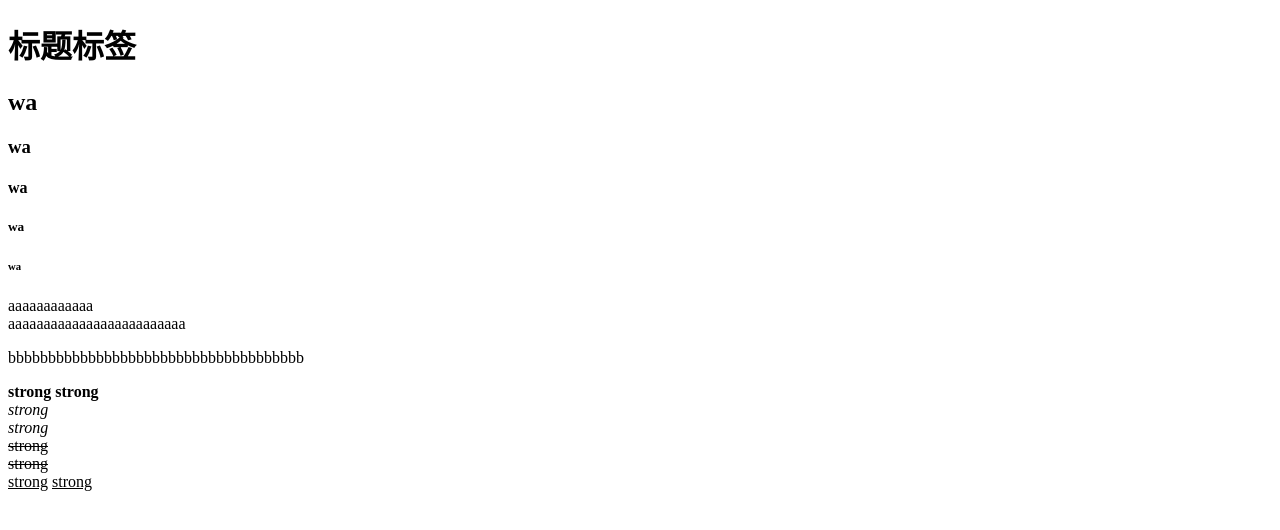
Repository: Qwenicq/My_project
Page: html/vscode_frist.htm
The author's editor kept a copy of each file at every save. The page is drawn from the files as they stood at one save, then again after the next save.
The browser window is 1280 px wide. The pictures show the whole page.

Above is the page before, as saved 2023-03-27 21:28:32.

After the next save:
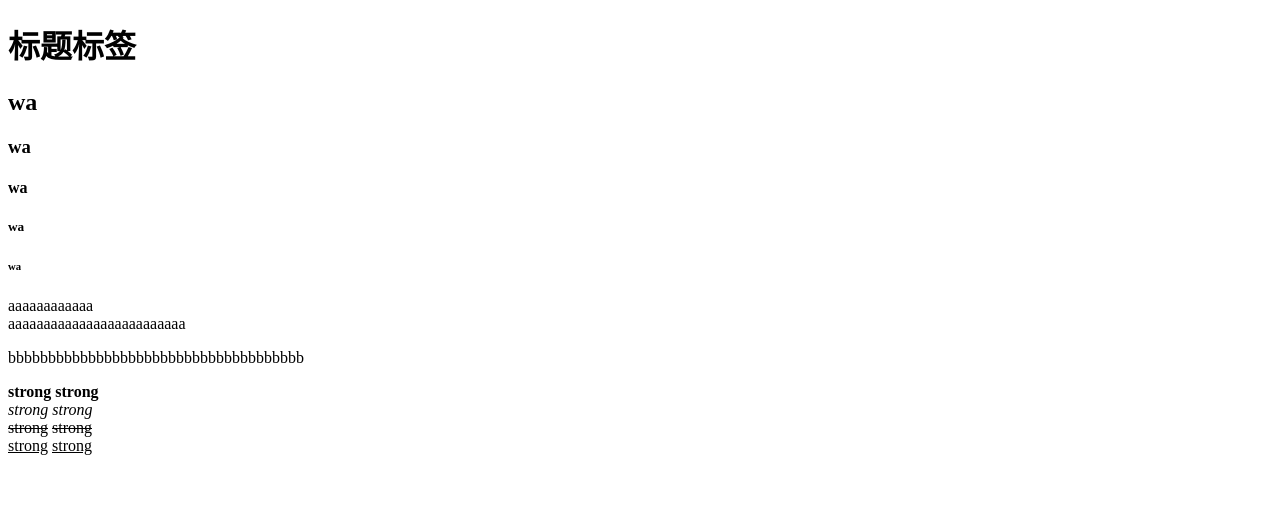
Saved 23 s later.
--- a/html/vscode_frist.htm
+++ b/html/vscode_frist.htm
@@ -18,9 +18,9 @@
     <strong>strong</strong>
     <b>strong</b>
     <br />
-    <em>strong</em><br />
+    <em>strong</em>
     <i>strong</i><br />
-    <del>strong</del><br />
+    <del>strong</del>
     <s>strong</s><br />
     <ins>strong</ins>
     <u>strong</u>
